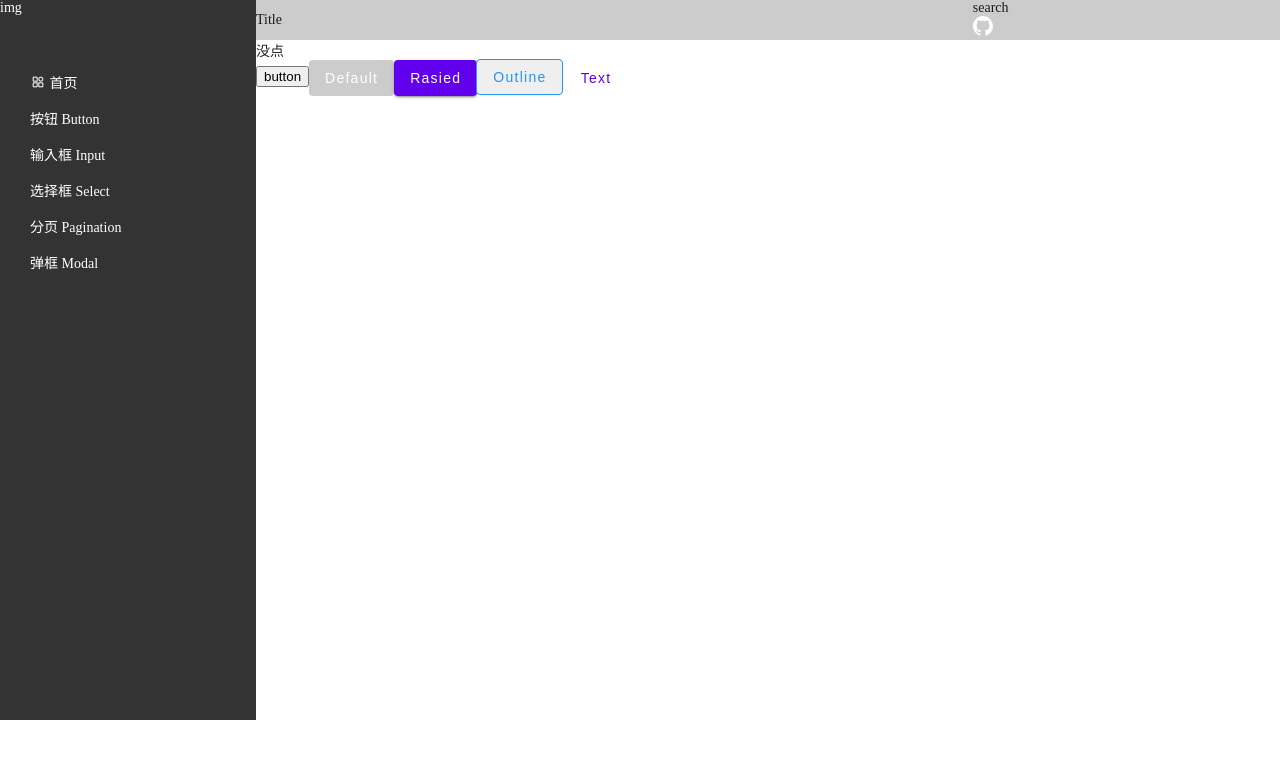
Repository: wyhsunflower/koalaUI
Page: /
These files come from the project's save history. The page is drawn as it stood at one moment and after the next save; the edit follows.
The browser window is 1280 px wide. The pictures show the whole page.
The project was rebuilt for these pictures with package versions that can differ from the ones it lists, and the page was loaded fresh each time. Also part of the build but not shown: webpack.config.js, src/components/Modal/Modal.vue. Imported but missing from the stored project, and not drawn on this page: src/views/go/go2.vue.

Above is the page before, as saved 2020-03-15 21:25:24.

After the next save:
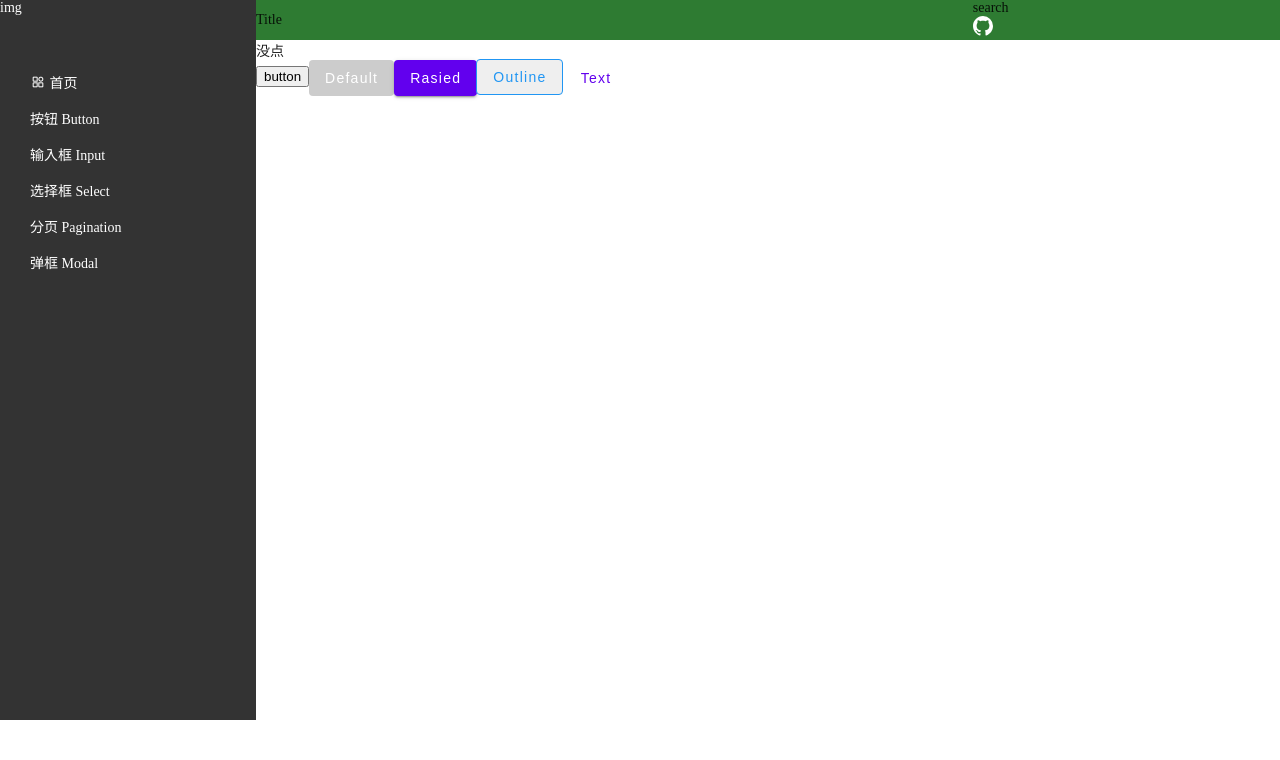
Saved 86 s later.
--- a/src/Header.vue
+++ b/src/Header.vue
@@ -22,7 +22,7 @@
         display: flex;
         justify-content: space-between;
         align-items: center;
-        background-color:#ccc
+        background-color:#2e7b32
     }
     .title{
         width: 60%;
